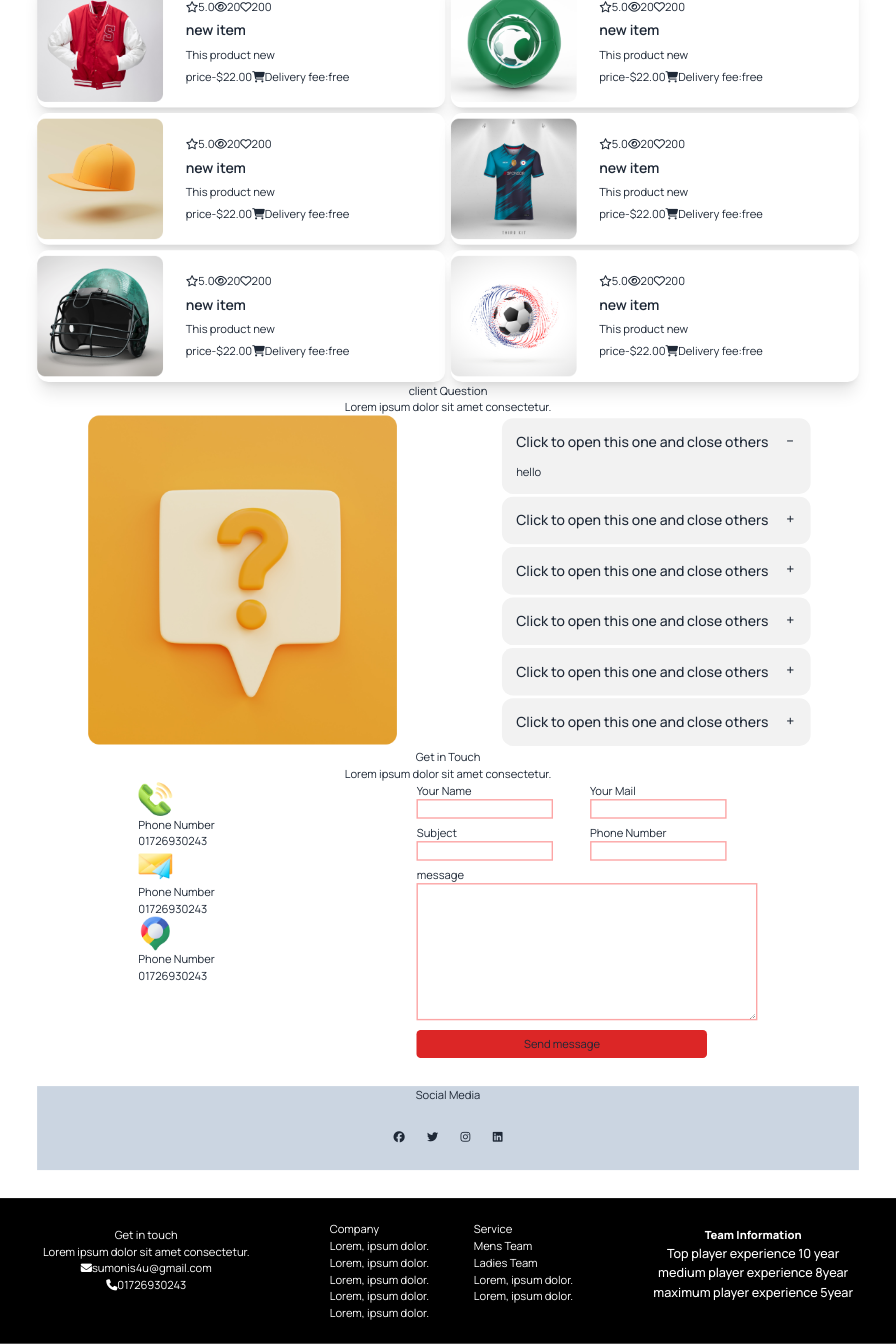
Repository: sumonkumarsarkar/bd-hockeys-team
Page: index.html
An editor plug-in stored every save of this project. The page is shown before and after the next save, followed by the edit.
The browser window is 1280 px wide. The pictures show the part of the page from y = 1991 to 3911 px (the page is 3911 px tall), at 70% of full size.
Some web libraries are served in a nearby version.

Above is the page before, as saved 2024-01-24 16:31:35.

### index.html
<!DOCTYPE html>
<html lang="en">
<head>
    <meta charset="UTF-8">
    <meta name="viewport" content="width=device-width, initial-scale=1.0">
    <title>BD Hockeys Team</title>
    <link rel="stylesheet" href="https://cdnjs.cloudflare.com/ajax/libs/font-awesome/6.5.1/css/all.min.css" integrity="sha512-DTOQO9RWCH3ppGqcWaEA1BIZOC6xxalwEsw9c2QQeAIftl+Vegovlnee1c9QX4TctnWMn13TZye+giMm8e2LwA==" crossorigin="anonymous" referrerpolicy="no-referrer" />
    <link rel="preconnect" href="https://fonts.googleapis.com">
<link rel="preconnect" href="https://fonts.gstatic.com" crossorigin>
<link href="https://fonts.googleapis.com/css2?family=Manrope:wght@400;500;600;700;800&display=swap" rel="stylesheet">
    <link href="https://cdn.jsdelivr.net/npm/daisyui@4.6.0/dist/full.min.css" rel="stylesheet" type="text/css" />
    <script src="https://cdn.tailwindcss.com"></script>

    <style>
        .manrope-font{
            font-family: 'Manrope', sans-serif;
        }
    </style>

</head>
<body class="manrope-font">
    <!-- header part start  -->
    <header class="w-11/12 mx-auto">
        <nav>
            <div class="navbar bg-base-100">
                <div class="navbar-start">
                  <div class="dropdown">
                    <div tabindex="0" role="button" class="btn btn-ghost lg:hidden">
                      <svg xmlns="http://www.w3.org/2000/svg" class="h-5 w-5" fill="none" viewBox="0 0 24 24" stroke="currentColor"><path stroke-linecap="round" stroke-linejoin="round" stroke-width="2" d="M4 6h16M4 12h8m-8 6h16" /></svg>
                    </div>
                    <ul tabindex="0" class="menu menu-sm dropdown-content mt-3 z-[1] p-2 shadow bg-base-100 rounded-box w-52">
                      <li><a>Home</a></li>
                      <li><a>About</a></li>
                      <li><a>Page</a></li>
                      <li><a>Blog</a></li>
                      <li><a>Contract</a></li>
                    </ul>
                  </div>
                  <a class="btn btn-ghost text-xl">BD Hockeys</a>
                </div>
                <div class="navbar-center hidden lg:flex">
                  <ul class="menu menu-horizontal px-1">
                    <li class="text-[#FF4240;]"><a>Home</a></li>
                      <li><a>About</a></li>
                      <li><a>Page</a></li>
                      <li><a>Blog</a></li>
                      <li><a>Contract</a></li>
                  </ul>
                </div>
                <div class="navbar-end">
                    <div type="search" class="btn btn-ghost btn-circle">
                        <svg xmlns="http://www.w3.org/2000/svg" class="h-5 w-5" fill="none" viewBox="0 0 24 24" stroke="currentColor"><path stroke-linecap="round" stroke-linejoin="round" stroke-width="2" d="M21 21l-6-6m2-5a7 7 0 11-14 0 7 7 0 0114 0z" /></svg>
                      </div>
                  <a class="btn bg-[#FF4240;]">Get Ticket</a>
                </div>
              </div>
        </nav>



      <!-- banner part start  -->

   <div class=" lg:relative">
    <div>
        <div class="carousel w-full">
            <div id="slide1" class="carousel-item relative w-full">
              <img src="./Images/1.png" class="w-full" alt="bd-hockey" />
              <div class="absolute flex justify-between transform -translate-y-1/2 left-5 right-5 top-1/2">
                <a href="#slide4" class="btn btn-circle">❮</a>
                <a href="#slide2" class="btn btn-circle">❯</a>
              </div>
            </div>
            <div id="slide2" class="carousel-item relative w-full">
              <img src="./Images/banner1.jpeg" class="w-full" alt="bd-hockey" />
              <div class="absolute flex justify-between transform -translate-y-1/2 left-5 right-5 top-1/2">
                <a href="#slide1" class="btn btn-circle">❮</a>
                <a href="#slide3" class="btn btn-circle">❯</a>
              </div>
            </div>
            <div id="slide3" class="carousel-item relative w-full">
              <img src="./Images/banner3.jpg" class="w-full" alt="bd-hockey" />
              <div class="absolute flex justify-between transform -translate-y-1/2 left-5 right-5 top-1/2">
                <a href="#slide2" class="btn btn-circle">❮</a>
                <a href="#slide4" class="btn btn-circle">❯</a>
              </div>
            </div>
            <div id="slide4" class="carousel-item relative w-full">
              <img src="./Images/banner2.jpg" class="w-full" alt="bd-hockey"/>
              <div class="absolute flex justify-between transform -translate-y-1/2 left-5 right-5 top-1/2">
                <a href="#slide3" class="btn btn-circle">❮</a>
                <a href="#slide1" class="btn btn-circle">❯</a>
              </div>
            </div>
          </div>
    </div>
    <div class="lg:absolute bottom-4 right-4">
        <div class="px-4 py-2 bg-black text-white">
            <h2>All achievement of Bangladesh Hockeys Teams</h2>
             <p>World cup, asia cup, euro cup etc</p>
        </div>
    </div>

   </div>

      <!-- banner part end  -->
    </header>
    <!-- header part end  -->




    <!-- main part start  -->
    <main class="w-11/12 mx-auto">
  <section>

       <div class="text-center">
        <h2>Professional Hockeys Club</h2>
        <p>Lorem ipsum dolor sit amet consectetur adipisicing elit.</p>
       </div>

       <!-- card  -->

       <div class="flex flex-col lg:flex-row lg:justify-between bg-slate-300 lg:p-6 ">
        <div class="text-center">
         <div class="radial-progress" style="--value:70;" role="progressbar">87%</div>
         <h3>Top Player</h3>
         <p>Lorem ipsum dolor sit amet consectetur.</p>
        </div>
        <div class="text-center">
            <div class="radial-progress" style="--value:70;" role="progressbar">95%</div>
            <h3>Mid Player</h3>
            <p>Lorem ipsum dolor sit amet consectetur.</p>
        </div>
        <div class="text-center">
            <div class="radial-progress" style="--value:70;" role="progressbar">90%</div>
            <h3>Senior Player</h3>
            <p>Lorem ipsum dolor sit amet consectetur.</p>
        </div>
        <div class="text-center">
            <div class="radial-progress" style="--value:70;" role="progressbar">80%</div>
            <h3>junior Player</h3>
            <p>Lorem ipsum dolor sit amet consectetur.</p>
        </div>
       </div>
  </section>


   <section>

<!-- banner section start  -->
   <!-- text part  -->
   <div class="text-center">
    <h2>Professional Hockeys Club</h2>
    <p>Lorem ipsum dolor sit amet consectetur adipisicing elit.</p>
   </div>

 <!-- banner part  -->

<div class="grid grid-cols-1 lg:grid-cols-2 gap-2">

  <div class="flex flex-col lg:flex-row justify-between gap- my-3">


     <!-- banner -1  -->

     <div>
        <div class="relative">
            <div class="w-[510px]">
                <div><img src="./Images/2.png" alt=""></div>
             </div>
             <div class="absolute bottom-20 left-4">
                <h2>Top Players</h2>
                <p>Top players 5 Year experience </p>
                <button  class="py-4 px-6 rounded-lg bg-red-600" type="button">Register Now!</button>
             </div>
        </div>
     </div>




    <!-- banner -2  -->
 <div>
    <div class="relative">
        <div class="w-[510px]">
            <div><img src="./Images/3.png" alt=""></div>
         </div>
         <div class="absolute bottom-20 left-4">
            <h2>Top Players</h2>
            <p>Top players 5 Year experience </p>
            <button  class="py-4 px-6 rounded-lg bg-red-600" type="button">Register Now!</button>
         </div>
    </div>
 </div>



  </div>


 </div>





 <!-- banner -3  -->

    <div class="relative col-span-2">
        <div>
            <div><img src="./Images/4.png" alt=""></div>
         </div>
         <div class=" absolute bottom-10 lg:bottom-20 left-4">
            <h2>Top Players</h2>
            <p>Top players 5 Year experience </p>
            <button  class="py-4 px-6 rounded-lg bg-red-600" type="button">Register Now!</button>
         </div>
    </div>

</div>
   </section>


<!-- our product start  -->
<section>

    <div class="text-center">
        <h2>Our new Product</h2>
        <p>Lorem ipsum dolor sit amet consectetur adipisicing elit.</p>
       </div>

<div class="grid grid-cols-1 lg:grid-cols-2 gap-2">
<!-- card -1  -->

<div class="card card-side bg-base-100 shadow-xl flex-col lg:flex-row">
    <figure><img src="./Images/5.png" alt="T-shirt"/></figure>
    <div class="card-body">
        <div class="flex">
            <div><i class="fa-regular fa-star"></i></div>
            <div><h4>5.0</h4></div>
            <div><i class="fa-regular fa-eye"></i></div>
            <div>20</div>
            <div><i class="fa-regular fa-heart"></i></div>
            <div>200</div>
          </div>
      <h2 class="card-title">new item </h2>
      <p>This product new</p>
      <div class="flex">
        <div>
            <h2>price-$22.00</h2>
        </div>
        <div class="flex">
            <div><i class="fa-solid fa-cart-shopping"></i></div>
            <div><h4>Delivery fee:free</h4></div>
        </div>
      </div>
    </div>
  </div>


  <!-- card -2  -->

  <div class="card card-side bg-base-100 shadow-xl flex-col lg:flex-row">
    <figure><img src="./Images/6.png" alt="T-shirt"/></figure>
    <div class="card-body">
        <div class="flex">
            <div><i class="fa-regular fa-star"></i></div>
            <div><h4>5.0</h4></div>
            <div><i class="fa-regular fa-eye"></i></div>
            <div>20</div>
            <div><i class="fa-regular fa-heart"></i></div>
            <div>200</div>
          </div>
      <h2 class="card-title">new item </h2>
      <p>This product new</p>
      <div class="flex">
        <div>
            <h2>price-$22.00</h2>
        </div>
        <div class="flex">
            <div><i class="fa-solid fa-cart-shopping"></i></div>
            <div><h4>Delivery fee:free</h4></div>
        </div>
      </div>
    </div>
  </div>

<!-- card -3  -->


<div class="card card-side bg-base-100 shadow-xl flex-col lg:flex-row">
    <figure><img src="./Images/7.png" alt="T-shirt"/></figure>
    <div class="card-body">
        <div class="flex">
            <div><i class="fa-regular fa-star"></i></div>
            <div><h4>5.0</h4></div>
            <div><i class="fa-regular fa-eye"></i></div>
            <div>20</div>
            <div><i class="fa-regular fa-heart"></i></div>
            <div>200</div>
          </div>
      <h2 class="card-title">new item </h2>
      <p>This product new</p>
      <div class="flex">
        <div>
            <h2>price-$22.00</h2>
        </div>
        <div class="flex">
            <div><i class="fa-solid fa-cart-shopping"></i></div>
            <div><h4>Delivery fee:free</h4></div>
        </div>
      </div>
    </div>
  </div>


  <!-- card -4  -->


  <div class="card card-side bg-base-100 shadow-xl flex-col lg:flex-row">
    <figure><img src="./Images/8.png" alt="T-shirt"/></figure>
    <div class="card-body">
        <div class="flex">
            <div><i class="fa-regular fa-star"></i></div>
            <div><h4>5.0</h4></div>
            <div><i class="fa-regular fa-eye"></i></div>
            <div>20</div>
            <div><i class="fa-regular fa-heart"></i></div>
            <div>200</div>
          </div>
      <h2 class="card-title">new item </h2>
      <p>This product new</p>
      <div class="flex">
        <div>
            <h2>price-$22.00</h2>
        </div>
        <div class="flex">
            <div><i class="fa-solid fa-cart-shopping"></i></div>
            <div><h4>Delivery fee:free</h4></div>
        </div>
      </div>
    </div>
  </div>


   <!-- card -5  -->


   <div class="card card-side bg-base-100 shadow-xl flex-col lg:flex-row">
    <figure><img src="./Images/9.png" alt="T-shirt"/></figure>
    <div class="card-body">
        <div class="flex">
            <div><i class="fa-regular fa-star"></i></div>
            <div><h4>5.0</h4></div>
            <div><i class="fa-regular fa-eye"></i></div>
            <div>20</div>
            <div><i class="fa-regular fa-heart"></i></div>
            <div>200</div>
          </div>
      <h2 class="card-title">new item </h2>
      <p>This product new</p>
      <div class="flex">
        <div>
            <h2>price-$22.00</h2>
        </div>
        <div class="flex">
            <div><i class="fa-solid fa-cart-shopping"></i></div>
            <div><h4>Delivery fee:free</h4></div>
        </div>
      </div>
    </div>
  </div>


   <!-- card -6  -->


   <div class="card card-side bg-base-100 shadow-xl flex-col lg:flex-row">
    <figure><img src="./Images/10.png" alt="T-shirt"/></figure>
    <div class="card-body">
        <div class="flex">
            <div><i class="fa-regular fa-star"></i></div>
            <div><h4>5.0</h4></div>
            <div><i class="fa-regular fa-eye"></i></div>
            <div>20</div>
            <div><i class="fa-regular fa-heart"></i></div>
            <div>200</div>
          </div>
      <h2 class="card-title">new item </h2>
      <p>This product new</p>
      <div class="flex">
        <div>
            <h2>price-$22.00</h2>
        </div>
        <div class="flex">
            <div><i class="fa-solid fa-cart-shopping"></i></div>
            <div><h4>Delivery fee:free</h4></div>
        </div>
      </div>
    </div>
  </div>

       </div>
</section>


<!-- our product end  -->


<!-- Question part start  -->

<section>

    <div class="text-center">
        <h2>client Question</h2>
        <p>Lorem ipsum dolor sit amet consectetur.</p>
       </div>


       <div class="flex flex-col lg:flex-row justify-around">

        <div>
            <img src="./Images/11.png" alt="">
        </div>
        <div>
            <div class="collapse collapse-plus bg-base-200 p-1 m-1">
                <input type="radio" name="my-accordion-3" checked="checked"/>
                <div class="collapse-title text-xl font-medium">
                  Click to open this one and close others
                </div>
                <div class="collapse-content">
                  <p>hello</p>
                </div>
              </div>
              <div class="collapse collapse-plus bg-base-200 p-1 m-1">
                <input type="radio" name="my-accordion-3" />
                <div class="collapse-title text-xl font-medium">
                  Click to open this one and close others
                </div>
                <div class="collapse-content">
                  <p>hello</p>
                </div>
              </div>
              <div class="collapse collapse-plus bg-base-200 p-1 m-1">
                <input type="radio" name="my-accordion-3" />
                <div class="collapse-title text-xl font-medium">
                  Click to open this one and close others
                </div>
                <div class="collapse-content">
                  <p>hello</p>
                </div>
              </div>
              <div class="collapse collapse-plus bg-base-200 p-1 m-1">
                <input type="radio" name="my-accordion-3" />
                <div class="collapse-title text-xl font-medium">
                  Click to open this one and close others
                </div>
                <div class="collapse-content">
                  <p>hello</p>
                </div>
              </div>
              <div class="collapse collapse-plus bg-base-200 p-1 m-1">
                <input type="radio" name="my-accordion-3" />
                <div class="collapse-title text-xl font-medium">
                  Click to open this one and close others
                </div>
                <div class="collapse-content">
                  <p>hello</p>
                </div>
              </div>
              <div class="collapse collapse-plus bg-base-200 p-1 m-1">
                <input type="radio" name="my-accordion-3" />
                <div class="collapse-title text-xl font-medium">
                  Click to open this one and close others
                </div>
                <div class="collapse-content">
                  <p>hello</p>
                </div>
              </div>

        </div>
       </div>

</section>
<!-- Question part end  -->

<!-- Get In Touch part start  -->
<section>


    <div class="text-center">
        <h2>Get in Touch</h2>
        <p>Lorem ipsum dolor sit amet consectetur.</p>
       </div>

<div class="flex flex-col lg:flex-row justify-around">


    <div>

        <!-- card-1  -->
        <div >
            <div><img src="./Images/Group 1171275317.png" alt=""></div>
            <p>Phone Number</p>
            <p>01726930243</p>
             </div>
              <!-- card-2  -->
             <div>
            <div><img src="./Images/Group 1171275318.png" alt=""></div>
            <p>Phone Number</p>
            <p>01726930243</p>
             </div>
              <!-- card-3 -->
             <div>
            <div><img src="./Images/Group 1171275321.png" alt=""></div>
            <p>Phone Number</p>
            <p>01726930243</p>
             </div>

    </div>


 <!-- form part  -->
<div class="grid grid-cols-1 lg:grid-cols-2 gap-2">

<!-- for name  -->
<div class="col-span-1">
    <form >
        <label for="Name">Your Name</label><br>
        <input class="border-2 border-red-300" type="text" name="Name" id="" pattern="type Name">
    </form>
</div>
<!-- for mail  -->
<div class="col-span-1">
    <form>
        <label for="Name">Your Mail</label><br>
        <input class="border-2 border-red-300" type="text" name="Name" id="" pattern="type mail">
    </form>
</div>
<!-- for subject  -->
<div class="col-span-1">
    <form>
        <label for="Name">Subject</label><br>
        <input class="border-2 border-red-300" type="text" name="Name" id="" pattern="type subject">
    </form>
</div>
<!-- for Phone number  -->
<div class="col-span-1">
    <form>
        <label for="number">Phone Number</label><br>
        <input class="border-2 border-red-300" type="text" name="Name" id="" pattern="type subject">
    </form>
</div>
<div class="lg:col-span-2">
    <form >
        <label for="number">message</label><br>
        <textarea class="border-2 border-red-300" name=" message" id="" cols="52" rows="8"></textarea>
    </form>
</div>
<div class="lg:col-span-2">
    <button class="p-2 bg-red-600 w-[415px] rounded-md" type="button">Send message</button>
</div>





    </div>




</div>














<!-- Get In Touch part end  -->




   <!-- banner section end  -->

   <!-- social media  part start  -->
<section>

    <div class="my-10 bg-slate-300">
        <div class="text-center">
            <h2>Social Media</h2>
        </div>
            <div class="flex justify-center items-center p-5">
             <div class="p-4"><i class="fa-brands fa-facebook"></i></div>
             <div class="p-4"><i class="fa-brands fa-twitter"></i></div>
             <div class="p-4"><i class="fa-brands fa-instagram"></i></div>
             <div class="p-4"><i class="fa-brands fa-linkedin"></i></div>
            </div>

    </div>

</section>


   <!-- social media  part end  -->

    </main>
        <!-- main part end  -->

<!-- footer part start  -->
        <footer class="w-full mx-auto bg-black">

            <div class="flex flex-col lg:flex-row justify-around text-white">

                <div class="text-center p-10">
                    <div>
                        <h2>Get in touch</h2>
                        <p>Lorem ipsum dolor sit amet consectetur.</p>
                    </div>
                     <div>
                        <h2> <span><i class="fa-solid fa-envelope"></i></span>sumonis4u@gmail.com</h2>
                        <h2> <span><i class="fa-solid fa-phone"></i></i></span>01726930243</h2>
                     </div>
                  </div>

                 <!-- part-2  -->

                 <div>

                    <div class="flex justify-center lg:justify-between">
                        <div class=" ps-6 lg:p-8">
                            <h2>Company</h2>
                            <p>Lorem, ipsum dolor.</p>
                            <p>Lorem, ipsum dolor.</p>
                            <p>Lorem, ipsum dolor.</p>
                            <p>Lorem, ipsum dolor.</p>
                            <p>Lorem, ipsum dolor.</p>
                        </div>
                        <div class=" ps-6 lg:p-8">
                            <h2>Service</h2>

                            <p>Mens Team</p>
                            <p>Ladies Team</p>
                            <p>Lorem, ipsum dolor.</p>
                            <p>Lorem, ipsum dolor.</p>
                        </div>
                     </div>
                 </div>



                 <!-- part-3  -->

        <div class=" text-center lg:p-10">
            <div>
                <h2 class="font-extrabold text-[ #FFF;]">Team Information</h2>
                <p class="font-medium text-[rgba(255, 255, 255, 0.60);] text-lg">Top player experience 10 year</p>
                <p class="font-medium text-[rgba(255, 255, 255, 0.60);] text-lg">medium player experience 8year </p>
                <p class="font-medium text-[rgba(255, 255, 255, 0.60);] text-lg">maximum player experience 5year</p>
            </div>
        </div>



            </div>



        </footer>
        <!-- footer part start  -->
</body>
</html>

After the next save:
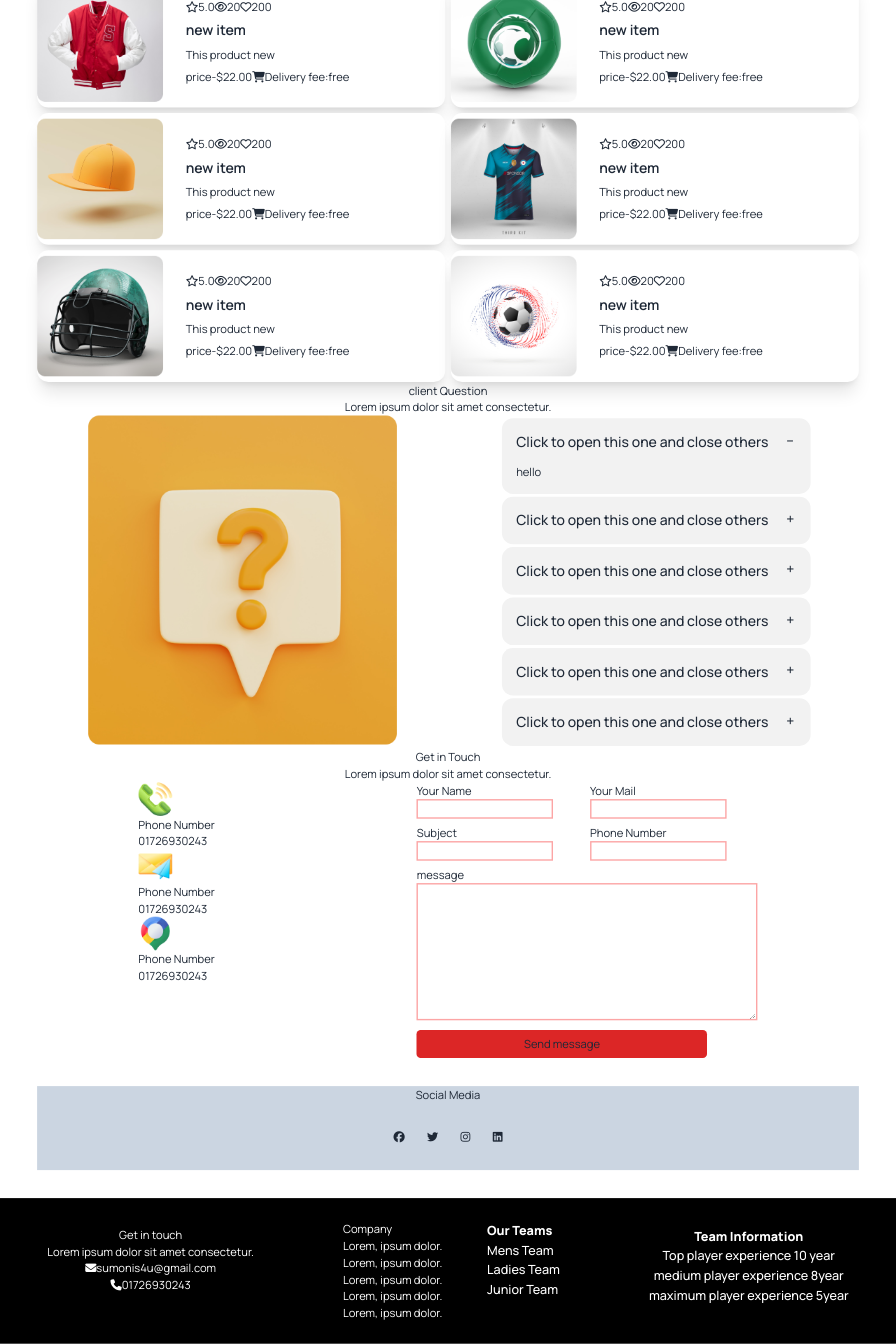
Saved 100 s later.
--- a/index.html
+++ b/index.html
@@ -646,12 +646,11 @@
                             <p>Lorem, ipsum dolor.</p>
                         </div>
                         <div class=" ps-6 lg:p-8">
-                            <h2>Service</h2>
-
-                            <p>Mens Team</p>
-                            <p>Ladies Team</p>
-                            <p>Lorem, ipsum dolor.</p>
-                            <p>Lorem, ipsum dolor.</p>
+                            <h2 class="font-extrabold text-[ #FFF;] text-lg">Our Teams</h2>
+                            <p class="font-medium text-[rgba(255, 255, 255, 0.60);] text-lg">Mens Team</p>
+                            <p class="font-medium text-[rgba(255, 255, 255, 0.60);] text-lg">Ladies Team</p>
+                            <p class="font-medium text-[rgba(255, 255, 255, 0.60);] text-lg">Junior Team</p>
+
                         </div>
                      </div>
                  </div>
@@ -662,7 +661,7 @@
 
         <div class=" text-center lg:p-10">
             <div>
-                <h2 class="font-extrabold text-[ #FFF;]">Team Information</h2>
+                <h2 class="font-extrabold text-[ #FFF;] text-lg">Team Information</h2>
                 <p class="font-medium text-[rgba(255, 255, 255, 0.60);] text-lg">Top player experience 10 year</p>
                 <p class="font-medium text-[rgba(255, 255, 255, 0.60);] text-lg">medium player experience 8year </p>
                 <p class="font-medium text-[rgba(255, 255, 255, 0.60);] text-lg">maximum player experience 5year</p>
